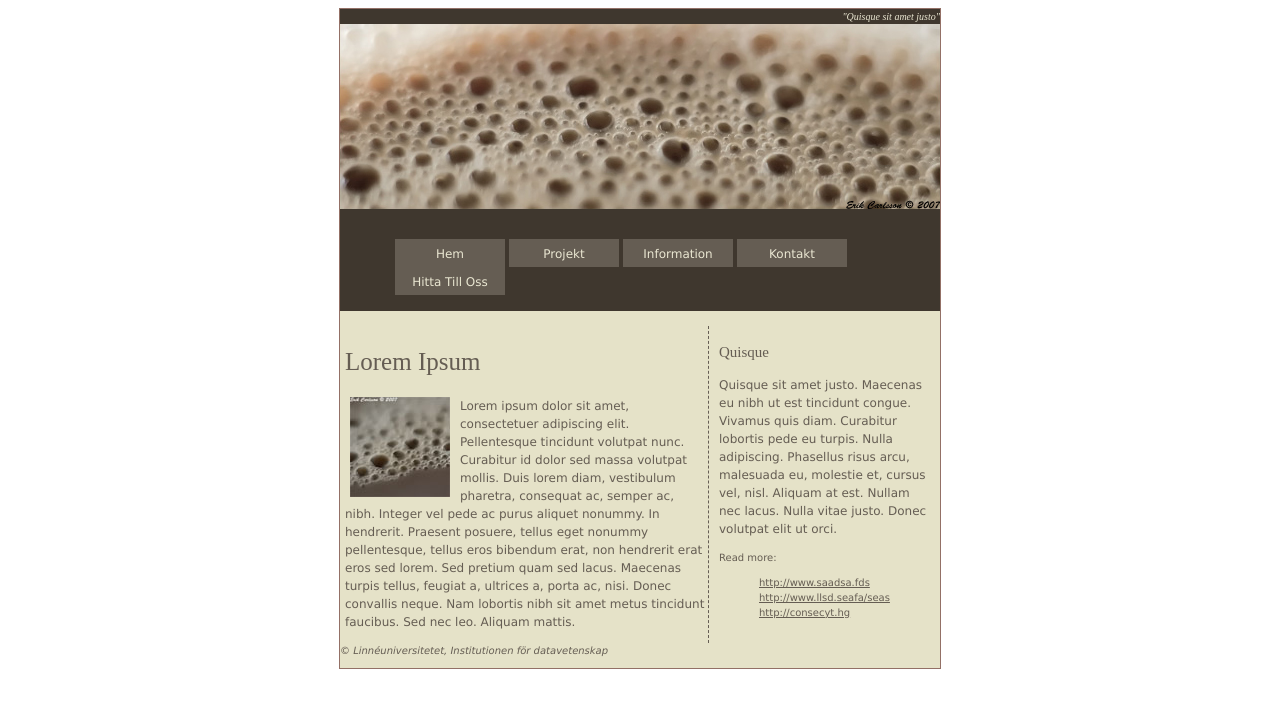
Repository: mh223ja/1ik415-js223mi-Uppgift-3-3
Page: index.html
The author's editor kept a record of every edit. The page is drawn from the files as they stood at one moment, then again after the next edit.
The browser window is 1280 px wide. The pictures show the whole page.

Above is the page before.

After the next edit:
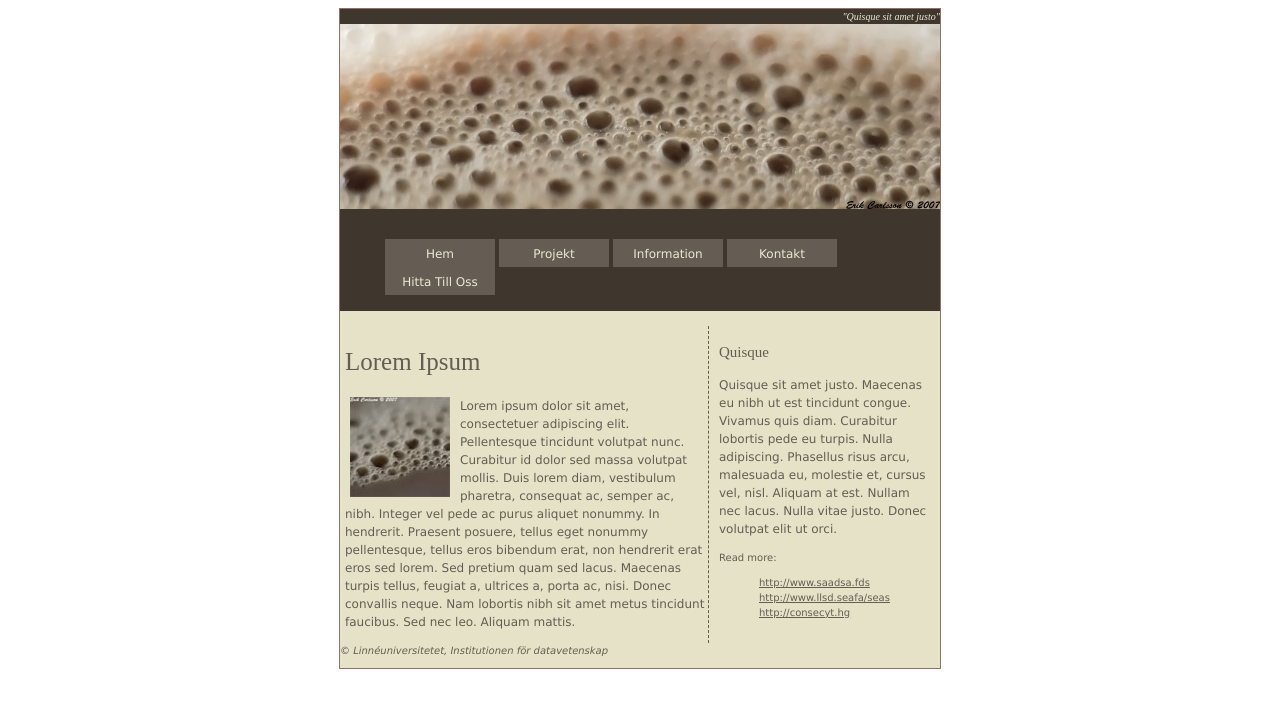
The edit:
--- a/css/basic.css
+++ b/css/basic.css
@@ -27,18 +27,7 @@
 
 
 }
-#menu{
 
-
-	padding-left:10px;
-	list-style: none;
-	text-decoration: none;
-
-
-
-
-
-}
 #content{
 	background-color: #E5E2C8;
 	padding-top: 15px;
